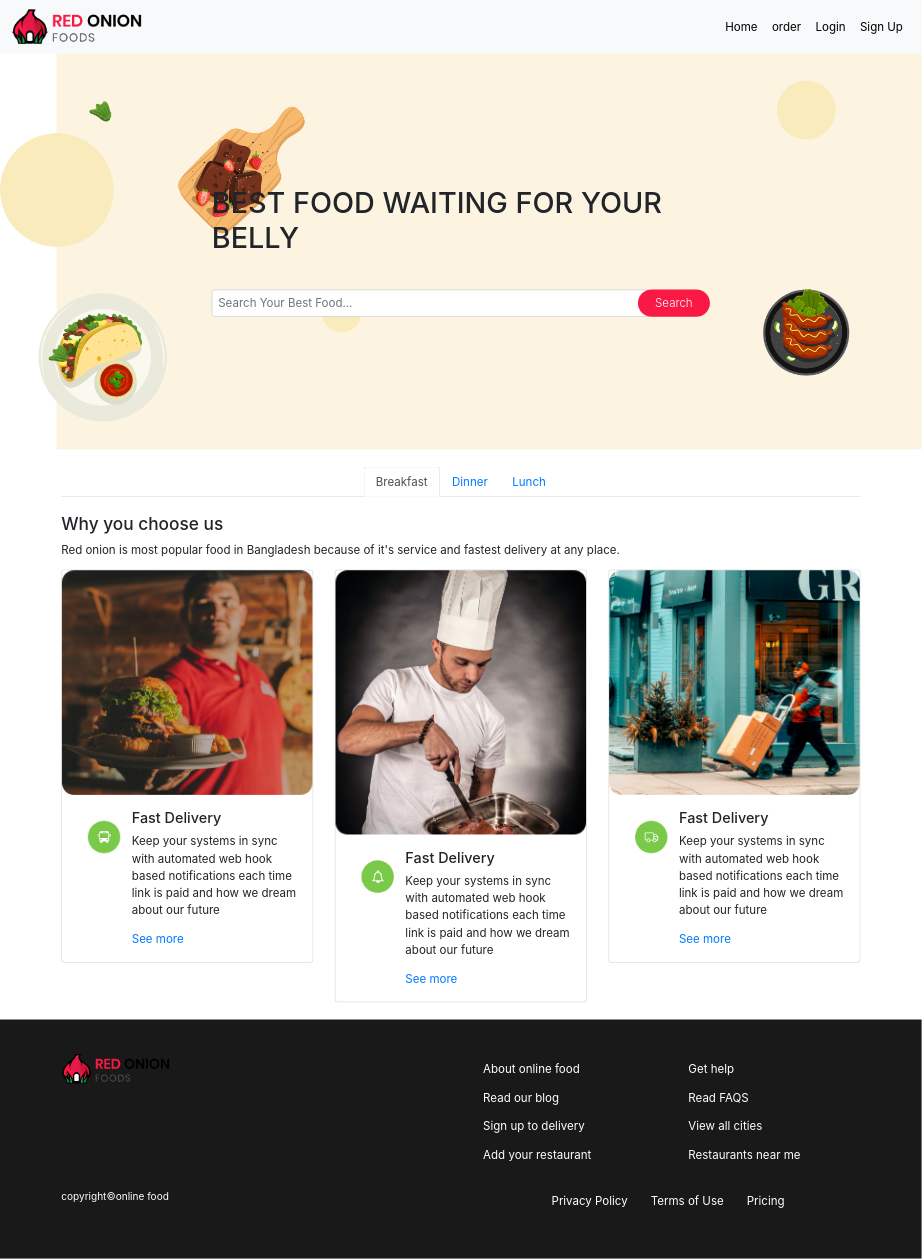
Repository: arif286/red-onion-client
Page: /
An editor plug-in stored every save of this project. The page is shown before and after the next save, followed by the edit.
The browser window is 1280 px wide. The pictures show the whole page, at 72% of full size.
The page's requests for data from a server got no answer. The project was rebuilt for these pictures with package versions that can differ from the ones it lists, and the page was loaded fresh each time. Some packages were replaced by stand-ins written for this rebuild. No one was signed in, and anything a server would have sent is missing. Also part of the build but not shown: src/App.css, src/components/CheckOut/CheckOut.css, src/components/CheckOut/CheckOutForm/CheckOutFrom.js, src/components/CheckOut/CheckOut.js, src/components/FoodDetails/FoodDetail.css, src/components/FoodDetails/FoodDetail.js, src/components/Food/FoodItem.js, src/components/LogIn/firebase.config.js and 7 more. Imported but missing from the stored project, and not drawn on this page: src/components/CheckOut/Map/Map.

Above is the page before, as saved 2021-04-07 02:27:35.

### public/index.html
<!DOCTYPE html>
<html lang="en">
  <head>
    <meta charset="utf-8" />
    <link rel="icon" href="%PUBLIC_URL%/favicon.ico" />
    <meta name="viewport" content="width=device-width, initial-scale=1" />
    <meta name="theme-color" content="#000000" />
    <meta
      name="description"
      content="Web site created using create-react-app"
    />
    <link rel="apple-touch-icon" href="%PUBLIC_URL%/logo192.png" />
    <!--
      manifest.json provides metadata used when your web app is installed on a
      user's mobile device or desktop. See https://developers.google.com/web/fundamentals/web-app-manifest/
    -->
    <link rel="manifest" href="%PUBLIC_URL%/manifest.json" />

    <!-- <link
      href="https://api.tiles.mapbox.com/mapbox-gl-js/v2.1.1/mapbox-gl.css"
      rel="stylesheet"
    /> -->
    <!--
      Notice the use of %PUBLIC_URL% in the tags above.
      It will be replaced with the URL of the `public` folder during the build.
      Only files inside the `public` folder can be referenced from the HTML.

      Unlike "/favicon.ico" or "favicon.ico", "%PUBLIC_URL%/favicon.ico" will
      work correctly both with client-side routing and a non-root public URL.
      Learn how to configure a non-root public URL by running `npm run build`.
    -->
    <title>Red Onion</title>
  </head>
  <body>
    <noscript>You need to enable JavaScript to run this app.</noscript>
    <div id="root"></div>
    <!--
      This HTML file is a template.
      If you open it directly in the browser, you will see an empty page.

      You can add webfonts, meta tags, or analytics to this file.
      The build step will place the bundled scripts into the <body> tag.

      To begin the development, run `npm start` or `yarn start`.
      To create a production bundle, use `npm run build` or `yarn build`.
    -->
  </body>
</html>

### src/App.js
import "bootstrap/dist/css/bootstrap.min.css";
import React, { createContext, useState } from "react";
import { BrowserRouter as Router, Route, Switch } from "react-router-dom";
import './App.css';
import CheckOut from "./components/CheckOut/CheckOut";
import Map from "./components/CheckOut/Map/Map";
import FoodDetail from "./components/FoodDetails/FoodDetail";
import Footer from "./components/Footer/Footer";
import Header from "./components/Header/Header";
import Home from './components/Home/Home';
import Login from "./components/LogIn/Login";
import Order from "./components/Order/Order";
import SingUp from "./components/SingUp/SingUp";


export const UserContext = createContext();
function App() {
  const [loggedInUser, setLoggedInUser] = useState({});
  return (
    <UserContext.Provider value={[loggedInUser, setLoggedInUser]}>
      <Router>
        <Header />
        <Switch>
          <Route path="/home">
            <Home />
          </Route>
          <Route path="/signUp">
            <SingUp />
          </Route>
          <Route path="/login">
            <Login />
          </Route>
          <Route path="/food/details/:foodId">
            <FoodDetail />
          </Route>
          <Route path='/checkOut'>
            <CheckOut/>
          </Route>
          <Route path='/order'>
            <Order/>
          </Route>
          <Route path='/map'>
            <Map/>
          </Route>
          <Route exact path="/">
            <Home/>
          </Route>
        </Switch>
        <Footer />
      </Router>
    </UserContext.Provider>
  );

}

export default App;

### src/components/Footer/Footer.js
import React from 'react';
import { NavLink } from 'react-bootstrap';
import Logo from '../../onion-restaurent/logo2.png';
import './Footer.css';

const Footer = () => {
    return (
      <footer>
        <div className="container">
          <div className="row pt-5">
            <div className="col-md-6 col-sm-12 pb-4">
              <img className="footer-img" src={Logo} alt="" />
            </div>
            <div className="col-md-3 col-sm-12 pb-4">
              <ul className="nav flex-column">
                <li className="nav-item">
                  <NavLink
                    className="nav-link active footer-link"
                    to="/"
                  >
                    About online food
                  </NavLink>
                </li>
                <li className="nav-item">
                  <NavLink className="nav-link footer-link" to="/">
                    Read our blog
                  </NavLink>
                </li>
                <li className="nav-item">
                  <NavLink className="nav-link footer-link" to="/">
                    Sign up to delivery
                  </NavLink>
                </li>
                <li className="nav-item">
                  <NavLink className="nav-link footer-link" to="/">
                    Add your restaurant
                  </NavLink>
                </li>
              </ul>
            </div>
            <div className="col-md-3 col-sm-12 pb-4">
              <ul className="nav flex-column">
                <li className="nav-item">
                  <NavLink
                    className="nav-link footer-link"
                    aria-current="page"
                    to="/"
                  >
                    Get help
                  </NavLink>
                </li>
                <li className="nav-item">
                  <NavLink className="nav-link footer-link" to="/">
                    Read FAQS
                  </NavLink>
                </li>
                <li className="nav-item">
                  <NavLink className="nav-link footer-link" to="/">
                    View all cities
                  </NavLink>
                </li>
                <li className="nav-item">
                  <NavLink className="nav-link footer-link" to="/">
                    Restaurants near me
                  </NavLink>
                </li>
              </ul>
            </div>
          </div>

          <div className="row">
            <div className="col-md-7">
              <p className='copy-right'>
                <small>
                  copyright<span>&#169;</span>online food
                </small>
              </p>
            </div>
            <div className="col-md-5">
              <div className='d-flex'>
                <NavLink className="footer-link">Privacy Policy</NavLink>
                <NavLink className="footer-link">Terms of Use</NavLink>
                <NavLink className="footer-link">Pricing</NavLink>
              </div>
            </div>
          </div>
        </div>
      </footer>
    );
};

export default Footer;

### src/components/Header/Header.js
import React from 'react';
import { Nav, Navbar } from 'react-bootstrap';
import { NavLink } from 'react-router-dom';
// import { NavLink } from "react-router-dom";
import logo from '../../onion-restaurent/logo2.png';
import './Header.css';
const Header = () => {

    return (
      <div>
        <Navbar bg="light" expand="lg">
          <Navbar.Brand href="#home">
            <img
              src={logo}
              width="180"
              className="d-inline-block align-top"
              alt="React Bootstrap logo"
            />
          </Navbar.Brand>
          <Navbar.Toggle aria-controls="basic-navbar-nav" />
          <Navbar.Collapse id="basic-navbar-nav">
            <Nav className="ml-auto">
              <NavLink className="header-link" to="/home">
                Home
              </NavLink>
              <NavLink className="header-link" to="/order">
                order
              </NavLink>
              <NavLink className="header-link" to="/login">
                Login
              </NavLink>
              <NavLink className="header-link" to="/signUp">
                Sign Up
              </NavLink>
            </Nav>
          </Navbar.Collapse>
        </Navbar>
      </div>
    );
};

export default Header;

### src/components/Home/Home.js
import React from 'react';
import DeliveryFood from '../DeliveryFood/DeliveryFood';
import Food from '../Food/Food';
import SearchBar from '../SearchBar/SearchBar';

const Home = () => {
    return (
      <>
        <SearchBar/>
        <Food />
        <DeliveryFood />
      </>
    );
};

export default Home;

### src/components/SearchBar/SearchBar.js
import React from 'react';
import { Col, Row } from 'react-bootstrap';
import background from '../../onion-restaurent/bannerbackground.png';
import './SearchBar.css';


const SearchBar = () => {
    const searchBg = {
        bgImage: {
            backgroundImage: `url(${background})`,
            backgroundRepeat: 'no-repeat, repeat',
            width: '100%',
            height: '550px',
            backgroundSize: 'cover'
        },
        submitBtn: {

        },
        searchBar: {
            width: '50%'
        }
    }
    return (
      <div
        className="d-flex justify-content-center align-items-center"
        style={searchBg.bgImage}
      >
          <Row className='justify-content-around'>
            <Col xs={11}>
              <h1 style={{textTransform:'uppercase'}}>Best food waiting for your belly</h1>
              <div className="d-flex mt-5">
                <input
                  className="form-control searchBar"
                  type="text"
                  placeholder="Search Your Best Food..."
                />
                <input className="search-btn" type="submit" value="Search" />
              </div>
            </Col>
          </Row>
      </div>
    );
};

export default SearchBar;

### src/components/Footer/Footer.css
.footer-img {
  width: 150px;
}
footer {
  background-color: #191919;
  padding-bottom: 60px;
}
.footer-link {
  color: white;
}
.footer-link:hover {
  color: #878787;
}
.copy-right {
  color: white;
}

### src/components/Header/Header.css
.header-link {
  color: black;
  display: inline-block;
  padding: 10px;
}
.header-link:hover {
  text-decoration: none;
  color: #777777;
}
.cart-btn {
  border: none;
  background: none;
}

### src/components/DeliveryFood/DeliveryFood.js
import React from 'react';
import { Link } from 'react-router-dom';
import notifications from '../../onion-restaurent/ICON/Group 1133.png';
import deliveryImg from '../../onion-restaurent/ICON/Group 204.png';
import car from '../../onion-restaurent/ICON/Group 245.png';
import burger from '../../onion-restaurent/Image/burger.png';
import cart from '../../onion-restaurent/Image/cart-bear.png';
import chefCook from '../../onion-restaurent/Image/chef-cook.png';


const DeliveryFood = () => {
    return (
      <div className="container mt-4">
        <div>
          <h4>Why you choose us</h4>
          <p>
            Red onion is most popular food in Bangladesh because of it's service
            and fastest delivery at any place.
          </p>
        </div>
        <div className="row row-cols-1 row-cols-md-3 g-4">
          <div className="col pb-4">
            <div className="card">
              <img src={burger} alt="" />
              <div className="d-flex card-body">
                <div className="p-3">
                  <img src={deliveryImg} alt="" />
                </div>
                <div>
                  <h5>Fast Delivery</h5>
                  <p>
                    Keep your systems in sync with automated web hook based
                    notifications each time link is paid and how we dream about
                    our future
                  </p>
                  <Link to='/'>See more</Link>
                </div>
              </div>
            </div>
          </div>
          <div className="col pb-4">
            <div className="card">
              <img src={chefCook} alt="" />
              <div className="d-flex card-body">
                <div className="p-3">
                  <img src={notifications} alt="" />
                </div>
                <div>
                  <h5>Fast Delivery</h5>
                  <p>
                    Keep your systems in sync with automated web hook based
                    notifications each time link is paid and how we dream about
                    our future
                  </p>
                  <Link>See more</Link>
                </div>
              </div>
            </div>
          </div>
          <div className='col pb-4'>
            <div className="card">
              <img src={cart} alt="" />
              <div className="d-flex card-body">
                <div className="p-3">
                  <img src={car} alt="" />
                </div>
                <div>
                  <h5>Fast Delivery</h5>
                  <p>
                    Keep your systems in sync with automated web hook based
                    notifications each time link is paid and how we dream about
                    our future
                  </p>
                  <Link>See more</Link>
                </div>
              </div>
            </div>
          </div>
        </div>
      </div>
    );
};

export default DeliveryFood;

### src/components/Food/Food.js

import axios from "axios";
import React, { useEffect, useState } from "react";
import { Tab, Tabs } from "react-bootstrap";
import { useHistory } from "react-router";
import "./Food.css";
import FoodItem from "./FoodItem";

const Food = () => {
  const [foods, setFoods] = useState([]);
  useEffect(() => {
    axios.get('http://localhost:5000/foods')
      .then(res => setFoods(res.data))
    .catch(err=>console.log(err))
  }, []);
  let history = useHistory()

  const handleFood = (id) => {
    history.push(`/food/details/${id}`)
  }

  return (
    <>
      <div className="container mt-4">
        <Tabs
          className="justify-content-center food-items"
          defaultActiveKey="breakfast"
          id="uncontrolled-tab-example"
        >
          <Tab eventKey="breakfast" title="Breakfast">
            <div className="row row-cols-1 row-cols-md-3 g-4">
              {foods.slice(0, 6).map((food) => (
                <FoodItem
                  handleFood={() => {
                    handleFood(food._id);
                  }}
                  food={food}
                  key={food.id}
                ></FoodItem>
              ))}
            </div>
          </Tab>
          <Tab eventKey="dinner" title="Dinner">
            <div className="row row-cols-1 row-cols-md-3 g-4">
              {foods.slice(6, 12).map((food) => (
                <FoodItem
                  handleFood={() => {
                    handleFood(food._id);
                  }}
                  food={food}
                  key={food.id}
                ></FoodItem>
              ))}
            </div>
          </Tab>
          <Tab eventKey="lunch" title="Lunch">
            <div className="row row-cols-1 row-cols-md-3 g-4">
              {foods.slice(12, 18).map((food) => (
                <FoodItem
                  handleFood={() => {
                    handleFood(food._id);
                  }}
                  food={food}
                  key={food.id}
                ></FoodItem>
              ))}
            </div>
          </Tab>
        </Tabs>
      </div>
    </>
  );
};

export default Food;

### src/components/SearchBar/SearchBar.css
.search-btn {
  outline: none;
  background-color: #f91944;
  display: inline-block;
  width: 100px;
  padding: 7px;
  border-radius: 50px;
  color: white;
  border: none;
  font-weight: 300;
  position: absolute;
  right: 0;
  margin-right: 15px;
}
.searchBar {
  position: relative;
  width: 88%;
  padding: 8px;
}

### src/components/Food/Food.css
.food-items {
  margin-bottom: none;
}

Loaded but not shown: src/index.js (common file); src/index.css (common file); src/reportWebVitals.js (common file)

After the next save:
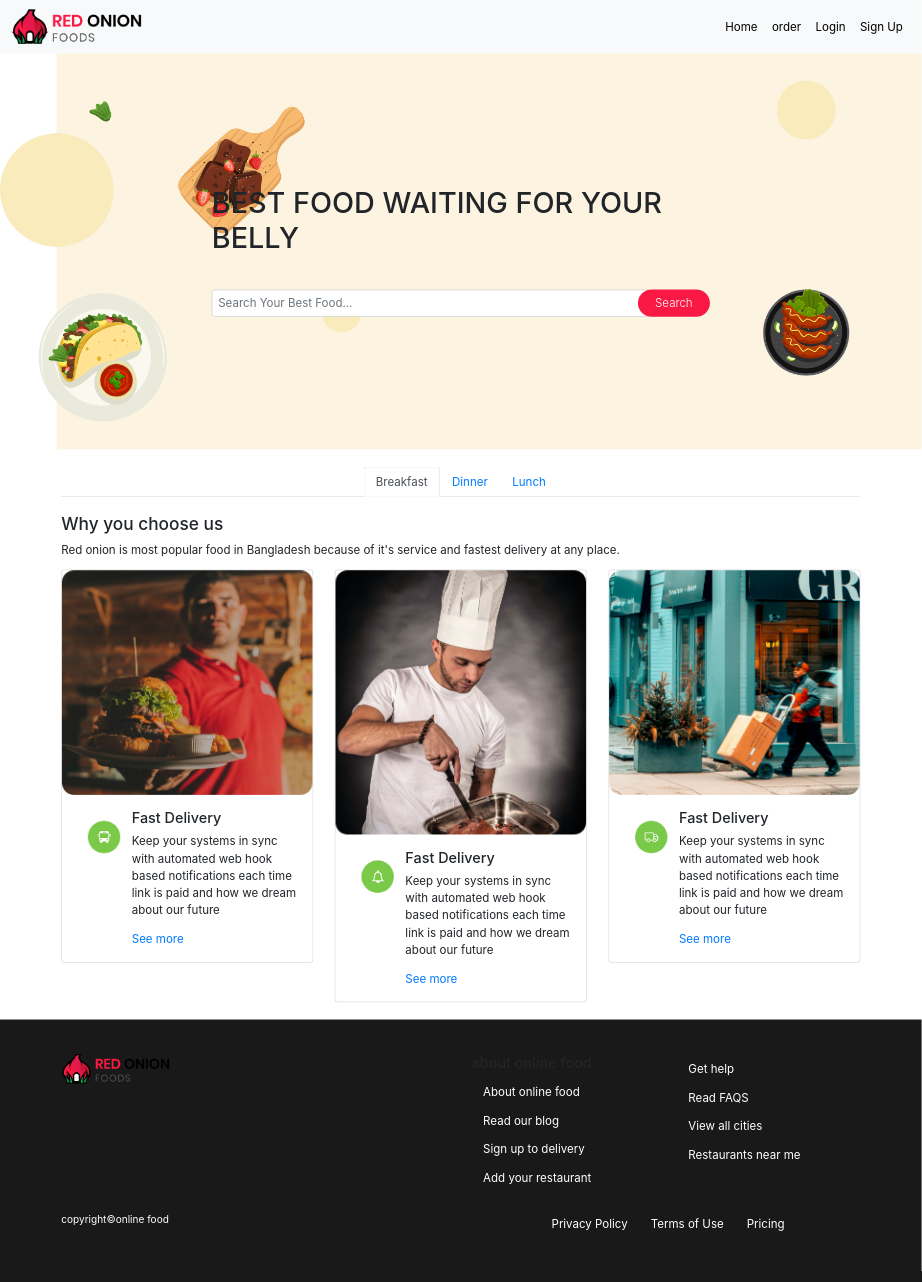
Saved 39 s later.
--- a/src/components/Footer/Footer.js
+++ b/src/components/Footer/Footer.js
@@ -12,6 +12,7 @@ const Footer = () => {
               <img className="footer-img" src={Logo} alt="" />
             </div>
             <div className="col-md-3 col-sm-12 pb-4">
+              <h5>about online food</h5>
               <ul className="nav flex-column">
                 <li className="nav-item">
                   <NavLink
